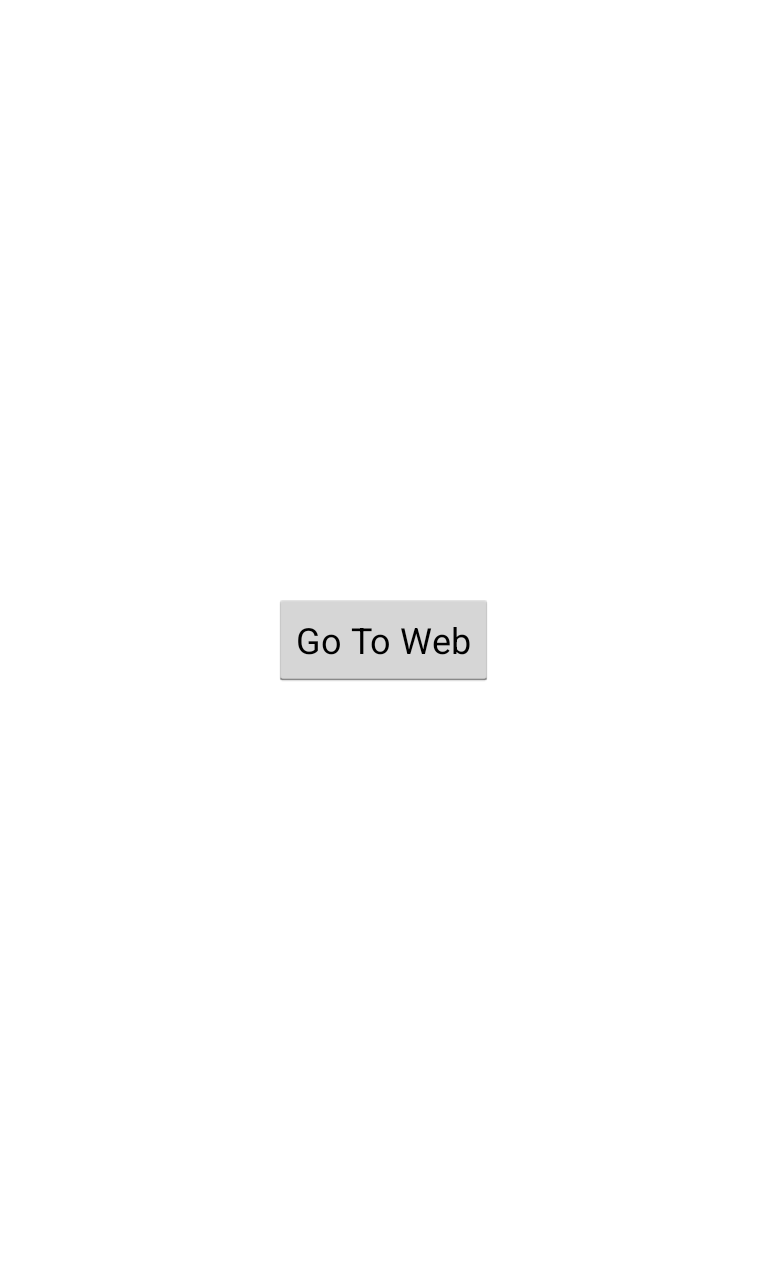
Repository: jemcphe/MDF3
Layout: Week1 Launcher/MyLauncher/res/layout/activity_main.xml
The author's editor kept a copy of each file at every save. The layout is drawn from the files as they stood at one save, then again after the next save.
It is drawn on a 768 x 1280 px phone screen (xhdpi) without system bars, with theme AppTheme; the app's code is not run.

Above is the layout before, as saved 2013-07-12 00:49:48.

After the next save:
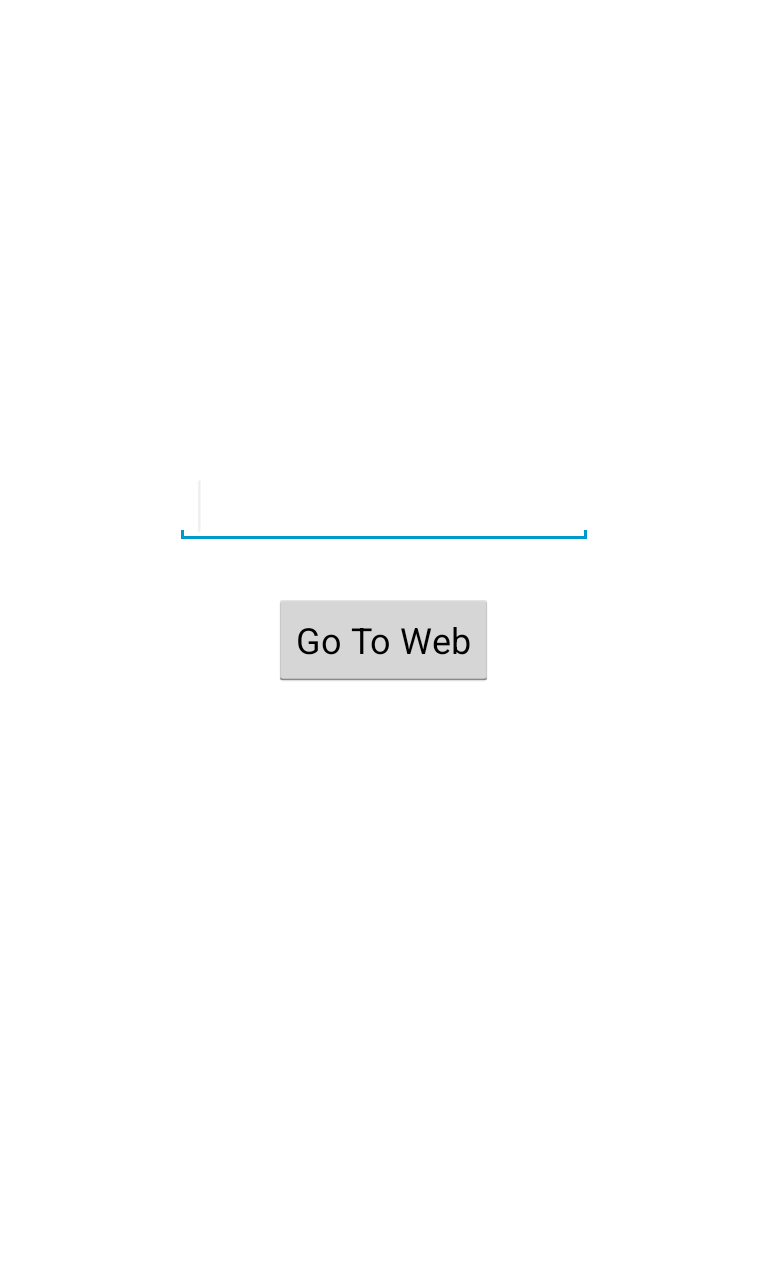
Saved 48 min 10 s later.
--- a/Week1 Launcher/MyLauncher/res/layout/activity_main.xml
+++ b/Week1 Launcher/MyLauncher/res/layout/activity_main.xml
@@ -17,4 +17,16 @@
         android:text="Go To Web"
         android:onClick="startIntent" />
 
+    <EditText
+        android:id="@+id/editText1"
+        android:layout_width="wrap_content"
+        android:layout_height="wrap_content"
+        android:layout_above="@+id/webButton"
+        android:layout_centerHorizontal="true"
+        android:layout_marginBottom="23dp"
+        android:ems="10" >
+
+        <requestFocus />
+    </EditText>
+
 </RelativeLayout>
